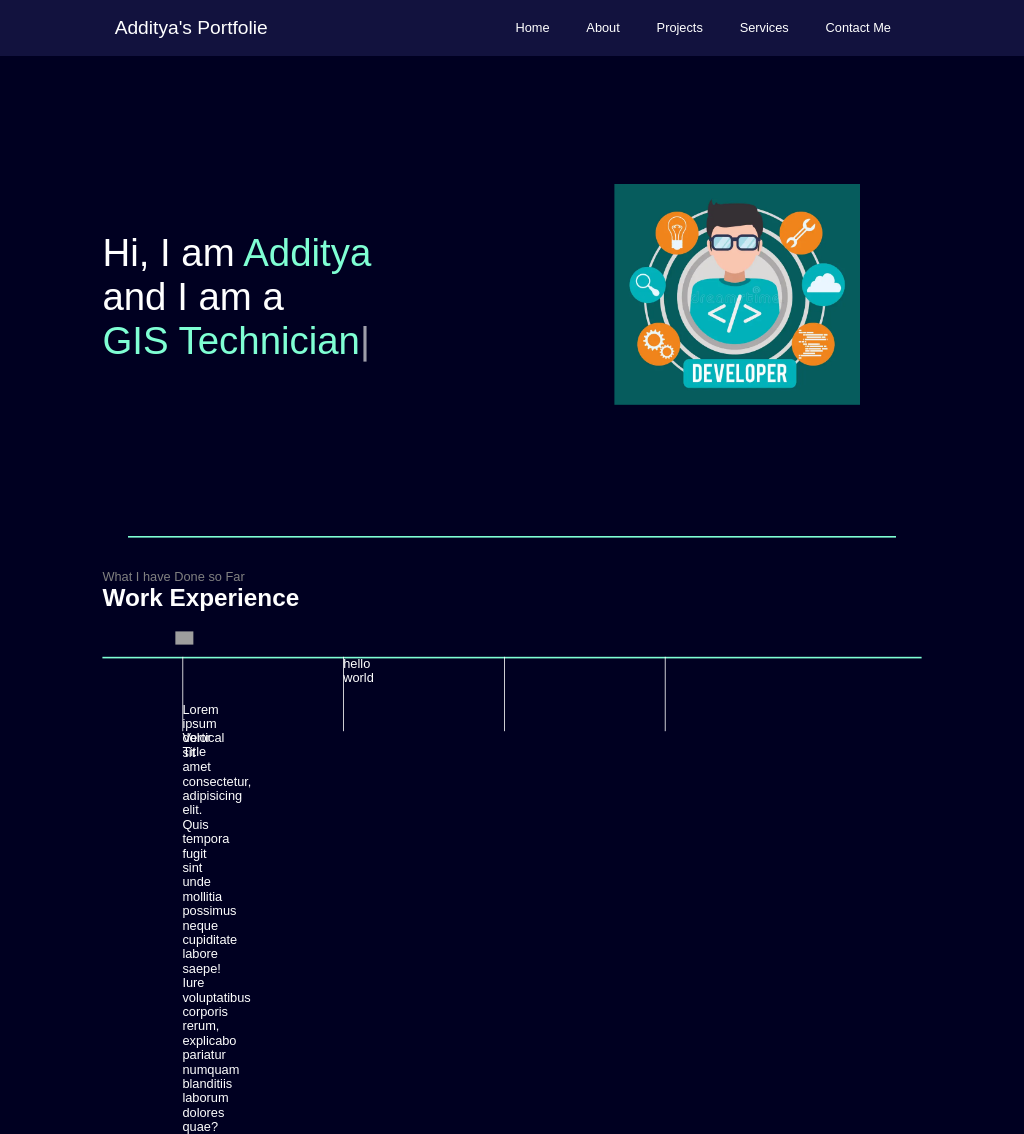
Repository: VictoriousMango/Portfolio
Page: index.html
The author's editor kept a copy of each file at every save. The page is drawn from the files as they stood at one save, then again after the next save.
The browser window is 1280 px wide. The pictures show the whole page, at 80% of full size.
Pictures or frames that could not be fetched are drawn as grey boxes.

Above is the page before, as saved 2023-08-27 11:39:36.

After the next save:
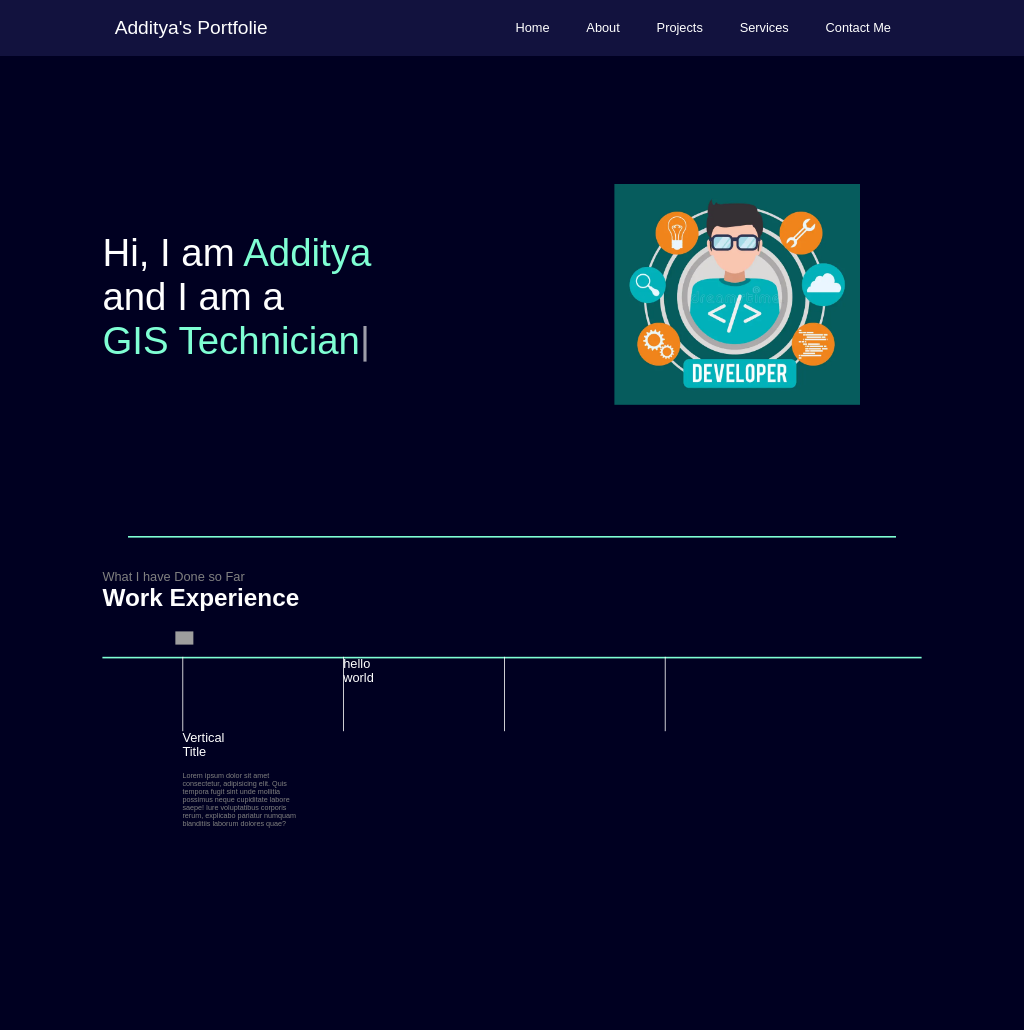
Saved 6 min 32 s later.
--- a/index.html
+++ b/index.html
@@ -99,11 +99,18 @@
 
         .vertical-title {
             position: relative;
+            width: 23px;
             top: 71px;
 
         }
 
-        .vertical-desc {}
+        .vertical-desc {
+            position: relative;
+            top: 86px;
+            color: gray;
+            width: 150px;
+            font-size: 9px;
+        }
 
         .image-top {
             width: 23px;
